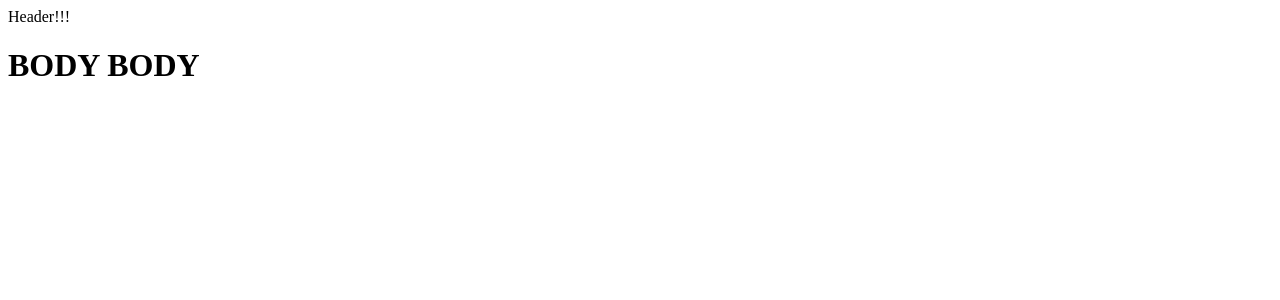
Repository: TakashiYamaguchi2021/samurai_HTML-CSS
Page: header.html
The author's editor kept a record of every edit. The page is drawn from the files as they stood at one moment, then again after the next edit.
The browser window is 1280 px wide. The pictures show the whole page.

Above is the page before.

After the next edit:
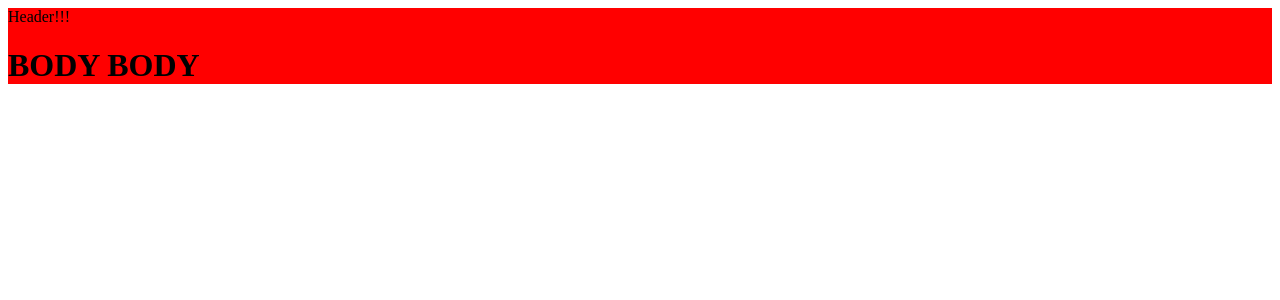
The edit:
--- a/header.html
+++ b/header.html
@@ -16,7 +16,7 @@
         </style>
     </head>
     <body>
-        <div id="header">
+        <header>
             Header!!!
         </div>
         <h1>BODY BODY</h1>
